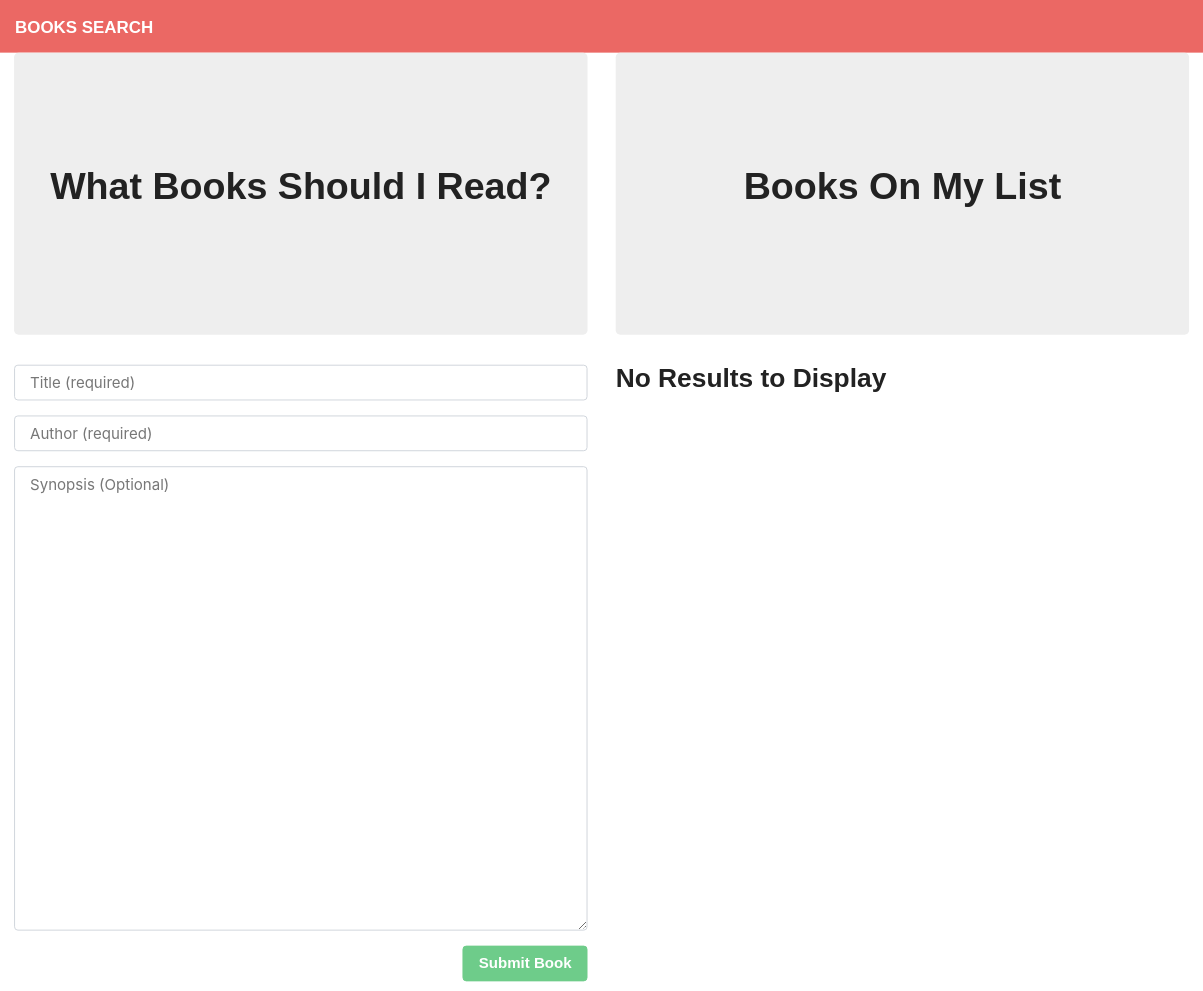
Repository: ionathas78/gBooksScanner
Page: / (app in client/)
These files come from the project's save history. The page is drawn as it stood at one moment and after the next save; the edit follows.
The browser window is 1280 px wide. The pictures show the whole page, at 94% of full size.
The page's requests for data from a server got no answer. Some web fonts or font styles are not loaded; a fallback is used. Some web libraries are served in a nearby version. The project was rebuilt for these pictures with package versions that can differ from the ones it lists, and the page was loaded fresh each time. No one was signed in, and anything a server would have sent is missing. Also part of the build but not shown: client/src/components/DeleteBtn/style.css, client/src/components/DeleteBtn/index.js, client/src/components/List/style.css, client/src/components/List/index.js, client/src/pages/Detail.js, client/src/pages/Search.js, client/src/pages/NoMatch.js.

Above is the page before, as saved 2020-05-19 12:37:34.

### client/src/App.js
import React from "react";
import { BrowserRouter as Router, Route, Switch } from "react-router-dom";
import Books from "./pages/Books";
import Detail from "./pages/Detail";
import Search from "./pages/Search";
import NoMatch from "./pages/NoMatch";
import Nav from "./components/Nav";
const config = require("dotenv").config();

function App() {
  console.log(config);

  return (
    <Router>
      <div>
        <Nav />
        <Switch>
          <Route exact path={["/", "/books"]}>
            <Books />
          </Route>
          <Route exact path ="/search/:searchTerm">
            <Search />
          </Route>
          <Route exact path="/books/:id">
            <Detail />
          </Route>
          <Route>
            <NoMatch />
          </Route>
        </Switch>
      </div>
    </Router>
  );
}

export default App;

### client/src/pages/Books.js
import React, { useState, useEffect } from "react";
import DeleteBtn from "../components/DeleteBtn";
import Jumbotron from "../components/Jumbotron";
import API from "../utils/API";
import { Link } from "react-router-dom";
import { Col, Row, Container } from "../components/Grid";
import { List, ListItem } from "../components/List";
import { Input, TextArea, FormBtn } from "../components/Form";

function Books() {
  // Setting our component's initial state
  const [books, setBooks] = useState([])
  const [formObject, setFormObject] = useState({})

  // Load all books and store them with setBooks
  useEffect(() => {
    loadBooks()
  }, [])

  // Loads all books and sets them to books
  function loadBooks() {
    API.getBooks()
      .then(res =>
        setBooks(res.data)
      )
      .catch(err => console.log(err));
  };

  // Deletes a book from the database with a given id, then reloads books from the db
  function deleteBook(id) {
    API.deleteBook(id)
      .then(res => loadBooks())
      .catch(err => console.log(err));
  }

  // Handles updating component state when the user types into the input field
  function handleInputChange(event) {
    const { name, value } = event.target;
    setFormObject({...formObject, [name]: value})
  };

  // When the form is submitted, use the API.saveBook method to save the book data
  // Then reload books from the database
  function handleFormSubmit(event) {
    event.preventDefault();
    if (formObject.title && formObject.author) {
      API.saveBook({
        title: formObject.title,
        author: formObject.author,
        synopsis: formObject.synopsis
      })
        .then(res => loadBooks())
        .catch(err => console.log(err));
    }
  };

    return (
      <Container fluid>
        <Row>
          <Col size="md-6">
            <Jumbotron>
              <h1>What Books Should I Read?</h1>
            </Jumbotron>
            <form>
              <Input
                onChange={handleInputChange}
                name="title"
                placeholder="Title (required)"
              />
              <Input
                onChange={handleInputChange}
                name="author"
                placeholder="Author (required)"
              />
              <TextArea
                onChange={handleInputChange}
                name="synopsis"
                placeholder="Synopsis (Optional)"
              />
              <FormBtn
                disabled={!(formObject.author && formObject.title)}
                onClick={handleFormSubmit}
              >
                Submit Book
              </FormBtn>
            </form>
          </Col>
          <Col size="md-6 sm-12">
            <Jumbotron>
              <h1>Books On My List</h1>
            </Jumbotron>
            {books.length ? (
              <List>
                {books.map(book => (
                  <ListItem key={book._id}>
                    <Link to={"/books/" + book._id}>
                      <strong>
                        {book.title} by {book.author}
                      </strong>
                    </Link>
                    <DeleteBtn onClick={() => deleteBook(book._id)} />
                  </ListItem>
                ))}
              </List>
            ) : (
              <h3>No Results to Display</h3>
            )}
          </Col>
        </Row>
      </Container>
    );
  }


export default Books;

### client/src/components/Nav/index.js
import React from "react";

function Nav() {
  return (
    <nav className="navbar navbar-expand-lg navbar-dark bg-primary">
      <a className="navbar-brand" href="/">
        Books Search
      </a>
    </nav>
  );
}

export default Nav;

### client/src/utils/API.js
import axios from "axios";
require("dotenv");

export default {
  // Gets all books
  getBooks: function() {
    return axios.get("/api/books");
  },
  // Gets the book with the given id
  getBook: function(id) {
    return axios.get("/api/books/" + id);
  },
  // Deletes the book with the given id
  deleteBook: function(id) {
    return axios.delete("/api/books/" + id);
  },
  // Saves a book to the database
  saveBook: function(bookData) {
    return axios.post("/api/books", bookData);
  },
  searchBooks: function(searchTerm) {
    let queryString = "https://www.googleapis.com/books/v1/volumes?q=";
    // let apiKey = "&key=" + process.env.API_KEY;
    let apiKey = "&key=AIzaSyBwM7wSmJtrmNB64WSHYDrIvkjeauOQcto";
    // console.log(process.env.API_KEY);

    return axios.get(queryString + searchTerm + apiKey);
  }
};

### client/src/components/Grid/index.js
import React from "react";

// Exporting the Container, Row, and Col components from this file

// This Container component allows us to use a bootstrap container without worrying about class names
export function Container({ fluid, children }) {
  return <div className={`container${fluid ? "-fluid" : ""}`}>{children}</div>;
}

// This Row component lets us use a bootstrap row without having to think about class names
export function Row({ fluid, children }) {
  return <div className={`row${fluid ? "-fluid" : ""}`}>{children}</div>;
}

// This Col component lets us size bootstrap columns with less syntax
// e.g. <Col size="md-12"> instead of <div className="col-md-12">
export function Col({ size, children }) {
  return (
    <div
      className={size
        .split(" ")
        .map(size => "col-" + size)
        .join(" ")}
    >
      {children}
    </div>
  );
}

Loaded but not shown: client/public/index.html (common file); client/src/index.js (common file); client/src/components/Jumbotron/index.js (common file); client/src/components/Form/index.js (common file)

After the next save:
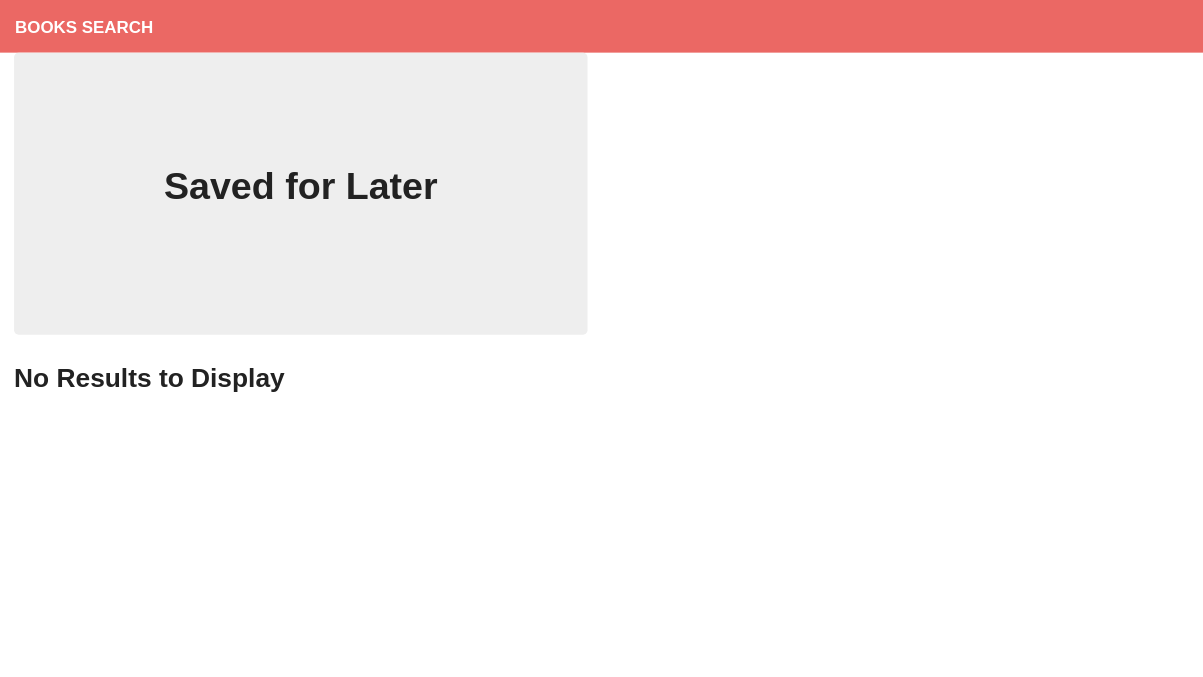
Saved 2 min 8 s later.
--- a/client/src/pages/Books.js
+++ b/client/src/pages/Books.js
@@ -57,45 +57,17 @@ function Books() {
     return (
       <Container fluid>
         <Row>
-          <Col size="md-6">
-            <Jumbotron>
-              <h1>What Books Should I Read?</h1>
-            </Jumbotron>
-            <form>
-              <Input
-                onChange={handleInputChange}
-                name="title"
-                placeholder="Title (required)"
-              />
-              <Input
-                onChange={handleInputChange}
-                name="author"
-                placeholder="Author (required)"
-              />
-              <TextArea
-                onChange={handleInputChange}
-                name="synopsis"
-                placeholder="Synopsis (Optional)"
-              />
-              <FormBtn
-                disabled={!(formObject.author && formObject.title)}
-                onClick={handleFormSubmit}
-              >
-                Submit Book
-              </FormBtn>
-            </form>
-          </Col>
           <Col size="md-6 sm-12">
             <Jumbotron>
-              <h1>Books On My List</h1>
+              <h1>Saved for Later</h1>
             </Jumbotron>
             {books.length ? (
               <List>
                 {books.map(book => (
-                  <ListItem key={book._id}>
-                    <Link to={"/books/" + book._id}>
+                  <ListItem key={book.id}>
+                    <Link to={"/books/" + book.id}>
                       <strong>
-                        {book.title} by {book.author}
+                        {book.title} by {book.authors.join(", ")}
                       </strong>
                     </Link>
                     <DeleteBtn onClick={() => deleteBook(book._id)} />
